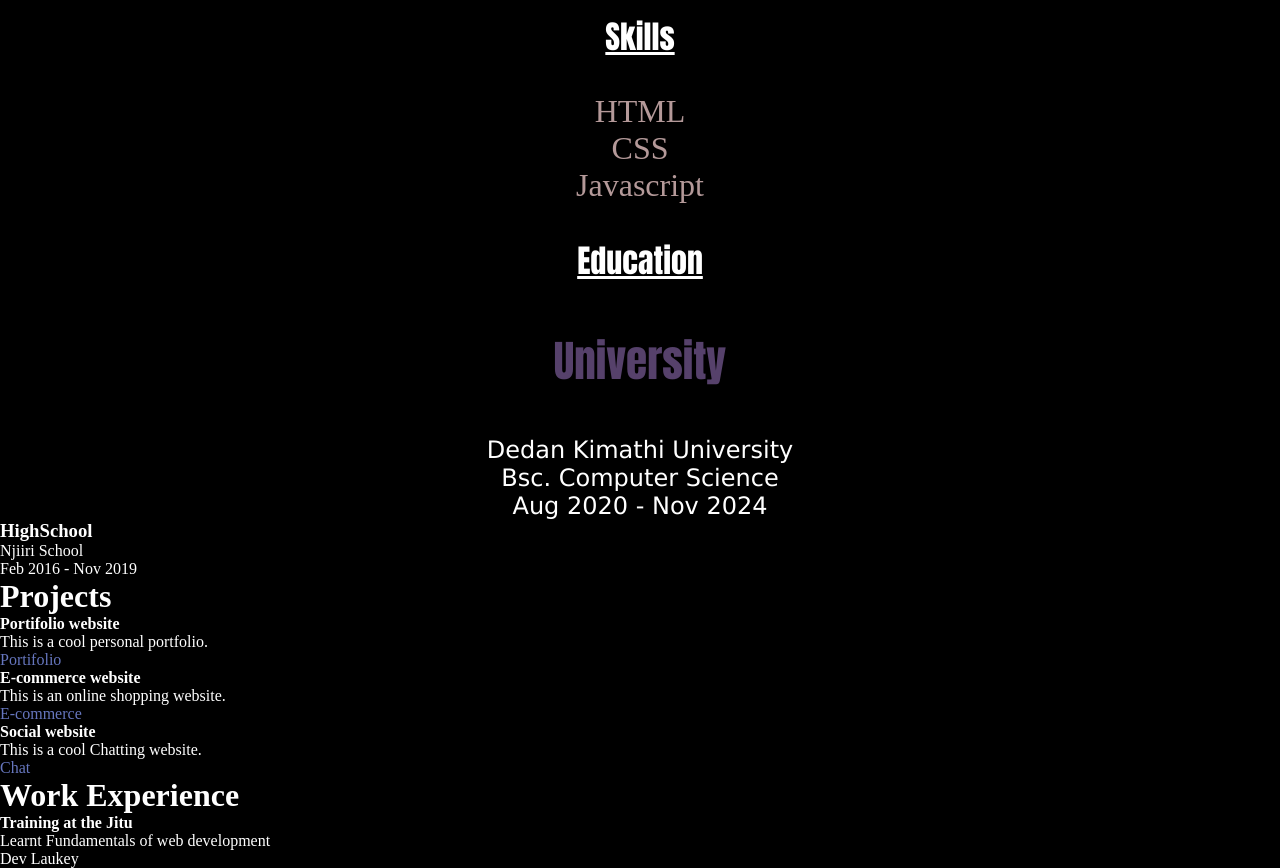
Repository: LaukeyMwaura/Jitu-Day-2
Page: index.html
The author's editor kept a copy of each file at every save. The page is drawn from the files as they stood at one save, then again after the next save.
The browser window is 1280 px wide. The pictures show the part of the page from y = 640 to 1514 px (the page is 1508 px tall before and 1514 px after).
A picture or video elsewhere on the page could not be fetched, so the positions and the page height are approximate.

Above is the page before, as saved 2022-05-12 00:36:01.

### index.html
<!DOCTYPE html>
<html lang="en">
  <head>
    <meta charset="UTF-8" />
    <meta http-equiv="X-UA-Compatible" content="IE=edge" />
    <meta name="viewport" content="width=device-width, initial-scale=1.0" />
    <title>First Site</title>
    <link rel="stylesheet" href="./style.css">
  </head>
  <body>
    <nav class="nav">
      <ul class="list" style="list-style-type: circle">
        <li><a href="#about">About </a></li>
        <li><a href="#skills">Skills </a></li>
        <li><a href="#education">Education </a></li>
        <li><a href="#projects">Projects </a></li>
        <li><a href="#work">Work </a></li>
      </ul>
    </nav>
    <div id="about">
      <h1 class="heading" id="about-me">About Me</h1>
      <div class="about">
        <p class="text">Music Lover

        </p>
        <br>
         <p class="text"> Programming Enthusiast.</p>
          <p class="text">Let's connect:</p>
      <ul class="links">
     <li><a class="link" target="_blank" href="https://devlaukey.netlify.com/">Website</a></li>

        <li> <a target="_blank" href="https://www.linkedin.com/in/devlaukey/"
        >LinkedIn</a
      ></li>
        <li>
      <a target="_blank" href="https://github.com/DevLaukey">Github</a></li>
      </ul>

      <img
        height="450"
        weight="450"
        src="https://devlaukey.netlify.app/uploads/me.jpeg"
        alt=""
      />

      </div>


    </div>
    <div id="skills" >
      <h1 class="heading">Skills</h1>
      <ul class="skills">
        <li id="html">HTML</li>
        <li>CSS</li>
        <li>Javascript</li>
      </ul>
    </div>

    <div class="education" id="education">
      <h1 class="heading">Education</h1>
      <div class="text">
        <h1 class="subheading">University</h1>
        <p class="">Dedan Kimathi University</p>
        <p>Bsc. Computer Science</p>
        <p>Aug 2020 - Nov 2024</p>
      </div>
      <div>
        <h3>HighSchool</h3>
        <p>Njiiri School</p>
        <p>Feb 2016 - Nov 2019</p>
      </div>
    </div>
    <div class="project" id="projects">
      <h1>Projects</h1>
      <div class="project" >
        <h4>Portifolio website</h4>
        <p>This is a cool personal portfolio.</p>
        <a href="https://devlaukey.netlify.app/">Portifolio</a>
      </div>
      <div class="project">
        <h4>E-commerce website</h4>
        <p>This is an online shopping website.</p>
        <a href="https://victor-100.web.app/">E-commerce</a>
      </div>
      <div class="project">
        <h4>Social website</h4>
        <p>This is a cool Chatting website.</p>
        <a href="https://messenger-clone-70550.web.app/">Chat</a>
      </div>
    </div>
    <div id="work" class="work">
      <h1>Work Experience</h1>
      <div>
        <h4>Training at the Jitu</h4>
        <p>Learnt Fundamentals of web development</p>
      </div>
    </div>

    <footer>
      <p>Dev Laukey</p>
    </footer>
  </body>
</html>

### style.css
* {
  margin: 0;
  padding: 0;
  box-sizing: border-box;
}
body {
  background-color: black;
  color: white;
}
.about {
  font-family: Impact, Haettenschweiler, "Arial Narrow Bold", sans-serifs;
}
.heading {
  text-decoration: underline;
  text-align: center;
  font-size: 2em;
  font-family: Impact, Haettenschweiler, "Arial Narrow Bold", sans-serifs;
  margin: 1em;
}
.subheading {
  text-align: center;
  color: rgb(86, 65, 107);
  font-size: 1.8em;
  font-family: Impact, Haettenschweiler, "Arial Narrow Bold", sans-serifs;
  margin: 1em;
}
.list {
  display: flex;
  text-align: center;
  justify-content: center;
  overflow: hidden;
}

.list > li {
  margin: 10px 5px;
  font-size: 1.5rem;
  padding: 10px 10px 0 10px;
  font-family: "Courier New", Courier, monospace;
}
li {
  list-style: none;
}
.links {
  padding: 10px;
}
a {
  text-decoration: none;
  color: rgb(102, 118, 190);
}

.text {
    text-align: center;
  font-size: 1.5em;
  font-family: "Lucida Sans", "Lucida Sans Regular", "Lucida Grande",
    "Lucida Sans Unicode", Geneva, Verdana, sans-serif;
}

.about {
  display: flex;

  justify-content: space-evenly;
}

.skills {
  color: rgb(180, 153, 153);
  text-align: center;
  font-size: 2rem;
}

After the next save:
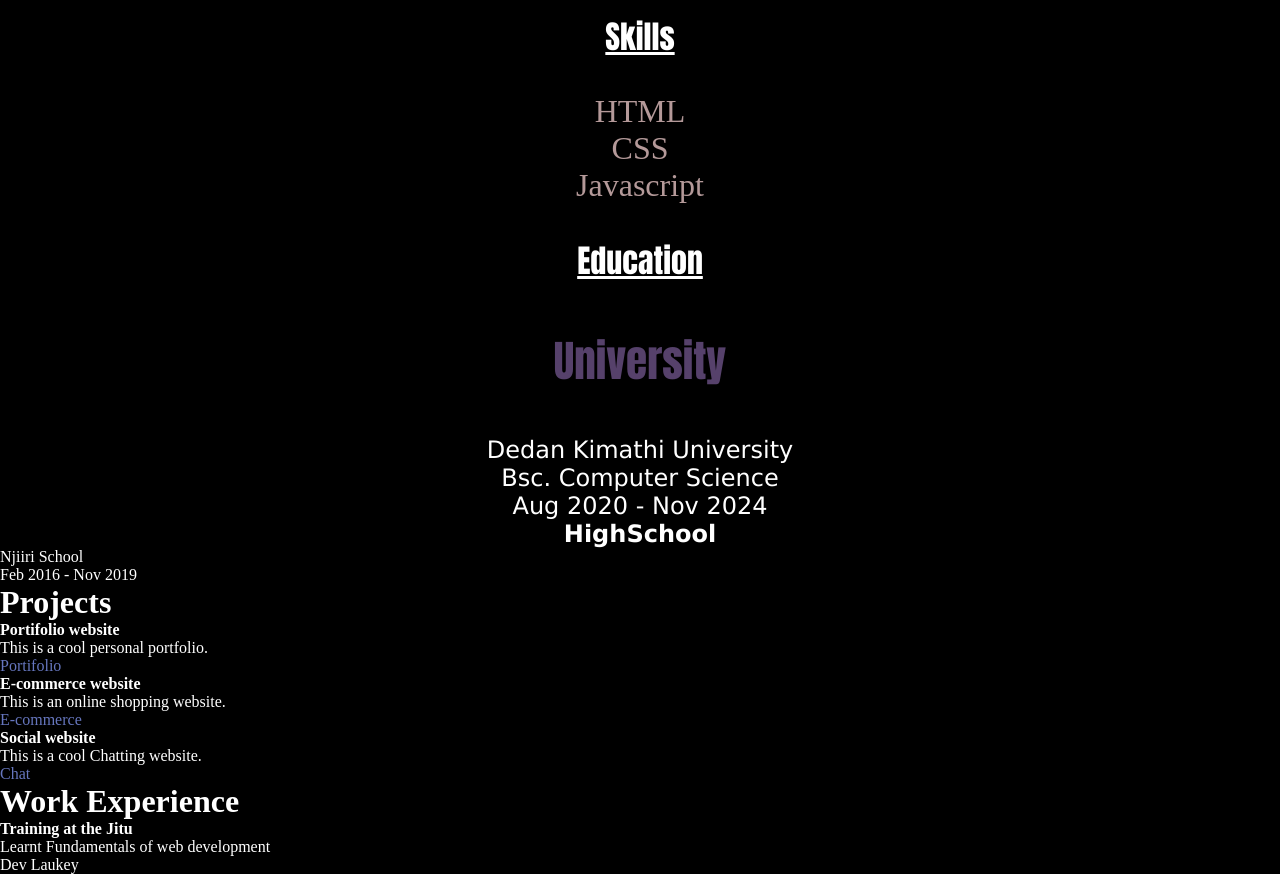
Saved 20 s later.
--- a/index.html
+++ b/index.html
@@ -65,7 +65,7 @@
         <p>Aug 2020 - Nov 2024</p>
       </div>
       <div>
-        <h3>HighSchool</h3>
+        <h3 class="text">HighSchool</h3>
         <p>Njiiri School</p>
         <p>Feb 2016 - Nov 2019</p>
       </div>
